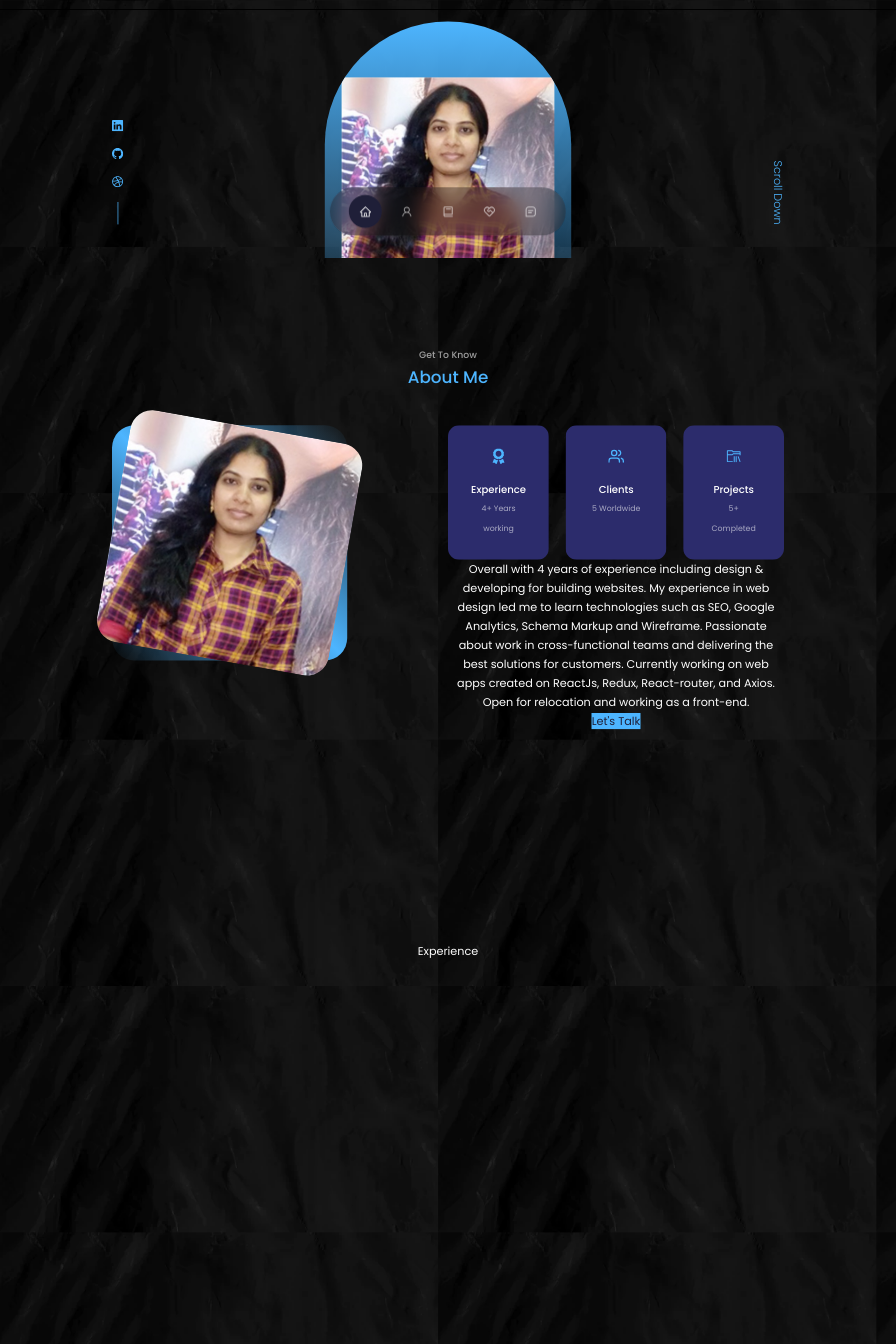
Repository: mayuri2018/Mr_react_portfolio
Page: /
These files come from the project's save history. The page is drawn as it stood at one moment and after a run of saves; the edit follows.
The browser window is 1280 px wide. The pictures show the part of the page from y = 351 to 2271 px (the page is 5835 px tall), at 70% of full size.
The project was rebuilt for these pictures with package versions that can differ from the ones it lists, and the page was loaded fresh each time. Also part of the build but not shown: src/components/experience/experience.css, src/components/services/services.css, src/components/portfolio/portfolio.css, src/components/testimonials/testimonials.css, src/components/contact/contact.css, src/components/footer/footer.css.

Above is the page before, as saved 2023-01-25 13:43:20.

### public/index.html
<!DOCTYPE html>
<html lang="en">
  <head>
    <meta charset="utf-8" />
    <link rel="icon" href="%PUBLIC_URL%/favicon.ico" />
    <meta name="viewport" content="width=device-width, initial-scale=1" />
    <meta name="theme-color" content="#000000" />
    <meta
      name="description"
      content="Web site created using create-react-app"
    />
    <link rel="apple-touch-icon" href="%PUBLIC_URL%/logo192.png" />
    <!--
      manifest.json provides metadata used when your web app is installed on a
      user's mobile device or desktop. See https://developers.google.com/web/fundamentals/web-app-manifest/
    -->
    <link rel="manifest" href="%PUBLIC_URL%/manifest.json" />
    <!--
      Notice the use of %PUBLIC_URL% in the tags above.
      It will be replaced with the URL of the `public` folder during the build.
      Only files inside the `public` folder can be referenced from the HTML.

      Unlike "/favicon.ico" or "favicon.ico", "%PUBLIC_URL%/favicon.ico" will
      work correctly both with client-side routing and a non-root public URL.
      Learn how to configure a non-root public URL by running `npm run build`.
    -->
    <title>React portfolio</title>
  </head>
  <body>
    <noscript>You need to enable JavaScript to run this app.</noscript>
    <div id="root"></div>
    <!--
      This HTML file is a template.
      If you open it directly in the browser, you will see an empty page.

      You can add webfonts, meta tags, or analytics to this file.
      The build step will place the bundled scripts into the <body> tag.

      To begin the development, run `npm start` or `yarn start`.
      To create a production bundle, use `npm run build` or `yarn build`.
    -->
  </body>
</html>

### src/index.css
@import url('https://fonts.googleapis.com/css2?family=Poppins:wght@300;400;500;600&display=swap');
*{
  margin:0;
  padding: 0;
  border: 0;
  outline: 0;
  box-sizing:border-box;
  list-style: none;
  text-decoration: none;
}
:root{
  --color-bg:#1f1f38;
  --color-bg-variant:#2c2c6c;
  --color-primary:#4db5ff;
  --color-primary-vriant:rgba(77,181,255,0.4);
  --color-white:#fff;
  --color-light:rgba(255, 255, 255, 0.6);
  --transition: all 400ms;
  --container-width-lg:75%;
  --container-width-md:86%;
  --container-width-ms:90%;
}

html {
  scroll-behavior: smooth;
}

::-webkit-scrollbar{
  display: none;
}
body{
  font-family: "Poppins", sans-serif;
  background:var (--color-white);
  color: var(--color-white);
  line-height: 1.7;
  background-image: url(../src/assets/bg-texture.webp);
}
/*---------general style---------*/
.container{
  width: var(--container-width-lg);
  margin: 0 auto;
}

h1,
h2,
h3,
h4,
h5{
  font-weight:500;
}
h1{
  font-size: 2.5rem;
}
section{
  margin-top: 8rem;
  height: 100vh;
}
section > h2,
section >h5{
  text-align: center;
  color: var(--color-light);
}
section > h2{
  color: var(--color-primary);
  margin-bottom: 3rem;
}
.text-light{
  color: var(--color-light);
}
a{
  color: var(--color-primary);
  transition: var(--transition);
}
a:hover{
  color: var(--color-white);
}
.btn{
  width: max-content;
  display: inline-block;
  color: var(--color-primary);
  padding: 0.75rem 1.2rem;
  border-radius: 0.4rem;
  cursor: pointer;
  border: 1px solid var(--color-primary);
  transition: var(--transition);
}
.btn:hover{
  background: var(--color-white);
  color: var(--color-bg);
  border-color: transparent;
}
.btn-primary{
  background: var(--color-primary);
  color: var(--color-bg);
}
img{
  display: block;
  width: 100%;
  object-fit: cover;
}
/*----------Media Queries (Medium devices)-----*/
@media screen and (max-width: 1024px){
  .container{
    width: var(--container-width-md);
  }
  section{
    margin-top: 6rem;
  }

}
/*----------Media Queries (small devices)-----*/
@media screen and (max-width: 600px){
  .container{
    width: var(--container-width-md);
  }
  section > h2{
    margin-bottom: 2rem;
  }

}

### src/App.js
import logo from './logo.svg';
import './App.css';
import Header from "./components/header/Header";
import Nav from "./components/nav/Nav";
import About from "./components/about/About";
import Experience from "./components/experience/Experience";
import Services from "./components/services/Services";
import Portfolio from "./components/portfolio/Portfolio";
import Testimonials from "./components/testimonials/Testimonials";
import Contact from "./components/contact/Contact";
import Footer from "./components/footer/Footer";

function App() {
  return (
    <div className="App">
      <Header/>
      <Nav/>
      <About/>
      <Experience/>
      <Services/>
      <Portfolio/>
      <Testimonials/>
      <Contact/>
      <Footer/>

    </div>
  );
}

export default App;

### src/components/header/Header.jsx
import React from "react";
import "./header.css";
import ME from "../../assets/ME.jpeg";
import CTA from "./CTA";
import HeaderSocials from "./HeaderSocials";

export default function Header(){
    return(
        <header>
            <div className="container header_container">
                <h5>Hello I'm</h5>
                <h1>Mayuri Vaddempudi</h1>
                <h5 className="text-light">Fullstack Developer</h5>
                <CTA/>
                <HeaderSocials/>
                <div className="me">
                    <img src={ME} alt="me"/>
                </div>
                <a href="#contact" className="scroll_down">Scroll Down</a>
            </div>
        </header>

    )
}

### src/components/nav/Nav.jsx
import React from "react";
import "./nav.css";
import {AiOutlineHome} from "react-icons/ai";
import {BiBook} from "react-icons/bi";
import {AiOutlineUser} from "react-icons/ai";
import {RiServiceLine} from "react-icons/ri";
import {BiMessageSquareDetail} from "react-icons/bi";
import { useState } from "react";

export default function Nav(){
    const[activeNav, setActiveNav] = useState("#")
    return(
        <nav>
            <a href="#" onClick = {()=> setActiveNav("#")}className={activeNav === "#" ? "active" : ""}><AiOutlineHome/></a>
            <a href="#about" onClick = {()=> setActiveNav("#about")}className={activeNav === "#about" ? "active" : ""}><AiOutlineUser/></a>
            <a href="#experience" onClick = {()=> setActiveNav("#experience")}className={activeNav === "#experience" ? "active" : ""}><BiBook/></a>
            <a href="#services" onClick = {()=> setActiveNav("#services")}className={activeNav === "#services" ? "active" : ""}><RiServiceLine/></a>
            <a href="#contact" onClick = {()=> setActiveNav("#contact")}className={activeNav === "#contact" ? "active" : ""}><BiMessageSquareDetail/></a>
        </nav>

    )
}

### src/components/about/About.jsx
import React from "react";
import "./about.css";
import ME from "../../assets/ME.jpeg";
import{FaAward} from "react-icons/fa";
import{FiUsers} from "react-icons/fi";
import{VscFolderLibrary} from "react-icons/vsc";

export default function About(){
    return(
        <section id="about">
            <h5>Get To Know</h5>
            <h2>About Me</h2>
            <div className="container about_container">
                <div className="about_me">
                    <div className="about_me-image">
                        <img src={ME} alt="About-image"/>
                    </div>
                </div>

                <div className="about_content">
                    <div className="about_cards">
                        <article className="about_card">
                            <FaAward className="about_icon"/>
                            <h5>Experience</h5>
                            <small>4+ Years working</small>
                        </article>

                        <article className="about_card">
                            <FiUsers className="about_icon"/>
                            <h5>Clients</h5>
                            <small>5 Worldwide</small>
                        </article>

                        <article className="about_card">
                            <VscFolderLibrary className="about_icon"/>
                            <h5>Projects</h5>
                            <small>5+ Completed</small>
                        </article>
                    </div>
                    <p>
                    Overall with 4 years of experience including design & developing for building websites.
                    My experience in web design led me to learn technologies such as SEO, Google Analytics,
                    Schema Markup and Wireframe.
                    Passionate about work in cross-functional teams and delivering the best solutions for customers.
                    Currently working on web apps created on ReactJs, Redux, React-router, and Axios.
                    Open for relocation and working as a front-end.
                    </p>
                    <a href="#contact" className="btn-primary">Let's Talk</a>
                </div>
            </div>
        </section>
    )
}

### src/components/experience/Experience.jsx
import React from "react";
import "./experience.css";

export default function Experience (){
    return(
        <section id="experience">Experience</section>
    )
}

### src/components/services/Services.jsx
import React from "react";
import "./services.css";

export default function Services(){
    return(
        <section id="services">Services</section>
    )
}

### src/components/portfolio/Portfolio.jsx
import React from "react";
import "./portfolio.css";

export default function Portfolio(){
    return(
        <section id="portfolio">Portfolio</section>
    )
}

### src/components/testimonials/Testimonials.jsx
import React from "react";
import "./testimonials.css";

export default function Testimonials(){
    return(
        <section id="testimonials">Testimonials</section>
    )
}

### src/components/contact/Contact.jsx
import React from "react";
import "./contact.css";

export default function Contact(){
    return(
        <section id="contact">Contact</section>
    )
}

### src/components/footer/Footer.jsx
import React from "react";
import "./footer.css";

export default function Footer(){
    return(
        <div>Footer</div>
    )
}

### src/components/header/header.css
header{
    height: 100vh;
    padding-top: 7rem;
    overflow: hidden;
}
.header_container{
    text-align: center;
    height: 100%;
    position: relative;
}
/*------------CTA-----------*/
.cta{
    margin-top: 2.5rem;
    display: flex;
    gap: 1.2rem;
    justify-content: center;
}
/*------------headerSocials-----------*/
.header_socials{
    display: flex;
    flex-direction: column;
    align-items: center;
    gap: 0.8rem;
    position: absolute;
    left: 0;
    bottom: 3rem;
}
.header_socials::after{
    content: "";
    width: 1px;
    height: 2rem;
    background: var(--color-primary);
}
/*------------ME-----------*/
.me{
    background: linear-gradient(var(--color-primary), transparent);
    width: 22rem;
    height: 30rem;
    position: absolute;
    left: calc(50% - 11rem);
    margin-top: 4rem;
    border-radius: 12rem 12rem 0 0;
    overflow: hidden;
    padding: 5rem 1.5rem 1.5rem 1.5rem;
}
/*------------scroll down-----------*/
.scroll_down{
    position: absolute;
    right: -2.3rem;
    bottom: 5rem;
    transform: rotate(90deg);
    font-weight: 300;
    font-size: 0.9;
}
/*----------Media Queries (Medium devices)-----*/
@media screen and (max-width: 1024px){
    header{
        height: 68vh;
    }

  }
  /*----------Media Queries (small devices)-----*/
  @media screen and (max-width: 600px){
    header{
        height: 100vh;
    }
    .header_socials,
    .scroll_down{
        display: none;
    }
  }

### src/components/header/CTA.jsx
import React from "react";

export default function CTA(){
    return(
        <div className="cta">
           <a href="{CV}" className="btn">Download CV</a>
           <a href="#contact" className="btn btn-primary">Let's Talk</a>
        </div>
    )
}

### src/components/header/HeaderSocials.jsx
import React from "react";
import {BsLinkedin} from "react-icons/bs";
import {BsGithub} from "react-icons/bs";
import {FaDribbble} from "react-icons/fa";

export default function HeaderSocials(){
    return(
        <div className="header_socials">
            <a href="https://linkedin.com" target="_blank"><BsLinkedin/></a>
            <a href="https://github.com" target="_blank"><BsGithub/></a>
            <a href="https://dribble.com" target="_blank"><FaDribbble/></a>
        </div>
    )
}

### src/components/nav/nav.css
nav{
    background: rgba(0, 0, 0, 0.3);
    width: max-content;
    display: block;
    padding: 0.7rem 1.7rem;
    z-index: 2;
    position: fixed;
    left: 50%;
    transform: translate(-50%);
    bottom: 2rem;
    display: flex;
    gap: 0.8rem;
    border-radius: 3rem;
    backdrop-filter: blur(15px);
}
nav a{
    background: transparent;
    padding: 0.9rem;
    border-radius: 50%;
    display: flex;
    color: var(--color-light);
    font-size: 1.1rem;
}
nav a:hover{
    background:rgba(0, 0, 0, 0.3);
}
nav a.active{
    background: var(--color-bg);
    color: var(--color-white);
}

### src/components/about/about.css
.about_container{
    display: grid;
    grid-template-columns: 35% 50%;
    gap:15%;
}

.about_me{
    width: 100%;
    aspect-ratio: 1/1;
    border-radius: 2rem;
    background: linear-gradient(
        45deg,
        transparent,
        var(--color-primary),
        transparent);
    display: grid;
    place-items: center;
}

.about_me-image{
    border-radius: 2rem;
    overflow: hidden;
    transform: rotate(10deg);
    transition: var(--transition);
}

.about_me-image:hover{
    transform: rotate(0);
}
.about_cards{
    display: grid;
    grid-template-columns: repeat(3, 1fr);
    gap: 1.5em;
}

.about_card{
    background: var(--color-bg-variant);
    border: 1px solid transparent;
    border-radius: 1rem;
    padding: 2rem;
    text-align: center;
    transition: var(--transition);
}

.about_card:hover{
    background: transparent;
    border-color: var(--color-primary-variant);
    cursor: default;
}

.about_icon{
    color: var(--color-primary);
    font-size: 1.4rem;
    margin-bottom: 1rem;
}
.about_card h5{
    font-size: 0.9rem;
}

.about_card small{
    font-size: 0.7rem;
    color: var(--color-light);
}

Loaded but not shown: src/index.js (common file); src/reportWebVitals.js (common file); src/App.css (common file)

After the next 2 saves:
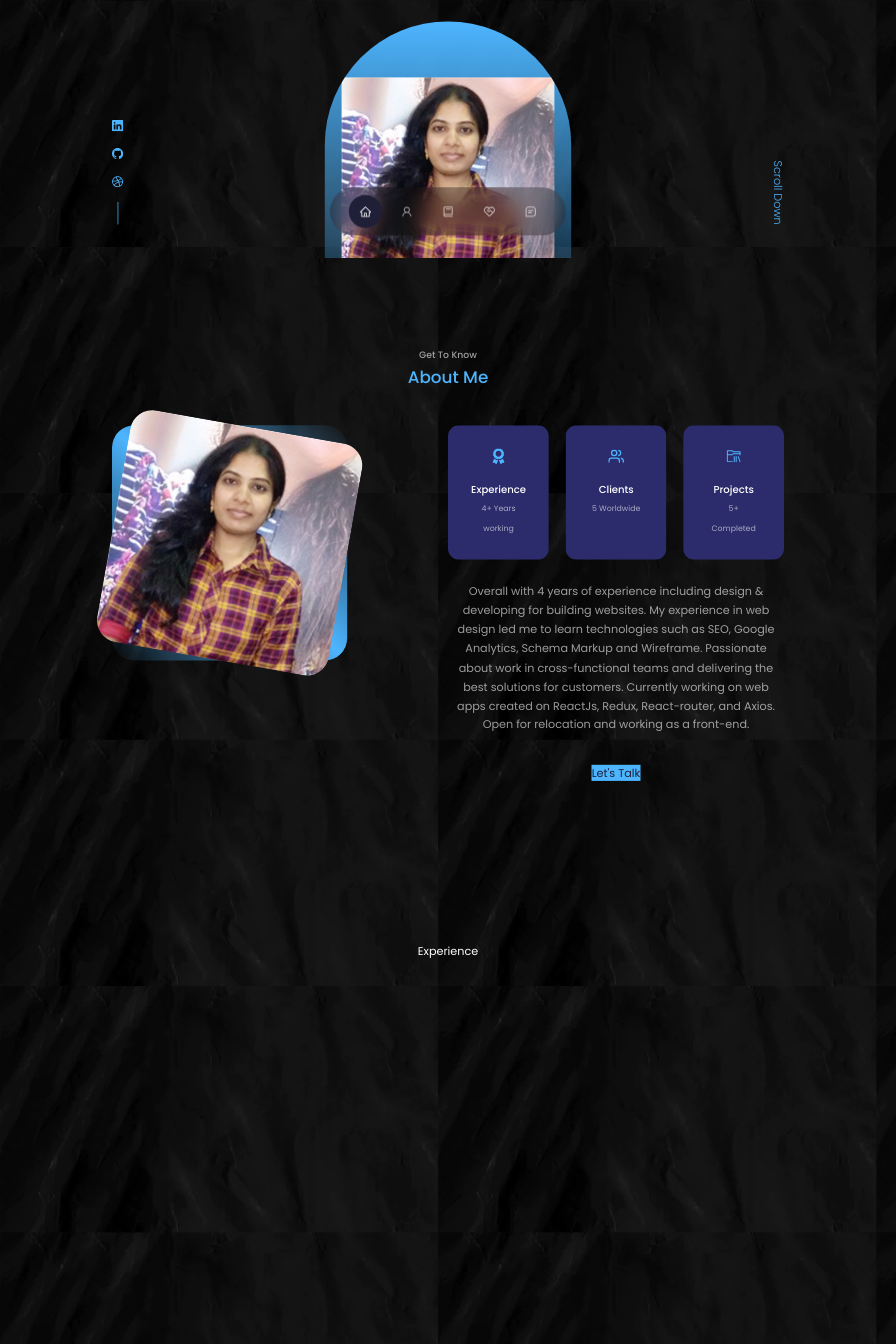
The 2 saves are shown as one change because they came seconds apart.
The last was saved 68 s later.
--- a/src/components/about/about.css
+++ b/src/components/about/about.css
@@ -61,3 +61,8 @@
     font-size: 0.7rem;
     color: var(--color-light);
 }
+
+.about_content p{
+    margin: 2rem 0 2.6rem;
+    color:var(--color-light);
+}
